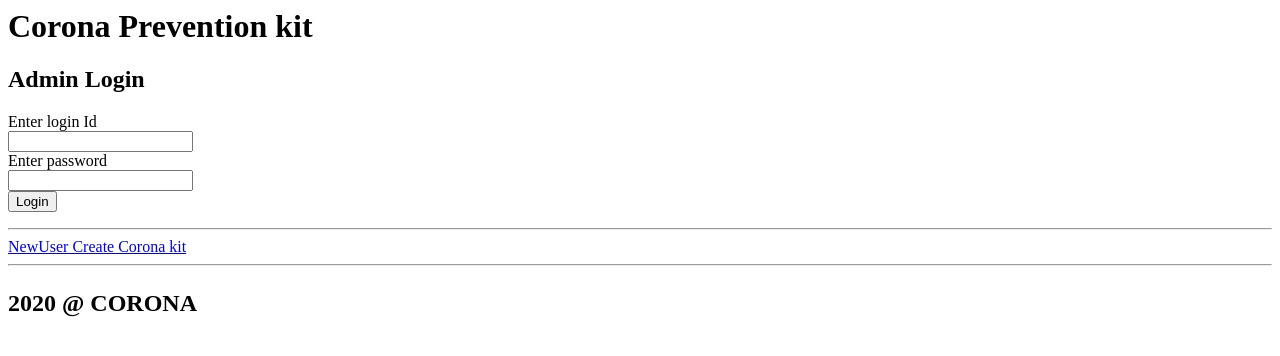
Repository: phanisree-chava/SBA-REPO
Page: http://localhost/CoronakitManagementPortal/
These files come from the project's save history. The page is drawn as it stood at one moment and after the next save; the edit follows.
The browser window is 1280 px wide. The pictures show the whole page.
The page is served by Tomcat 9. Other server files are loaded and not shown.

Above is the page before, as saved 2020-08-23 18:09:27.

### CoronakitManagementPortal/WebContent/index.jsp
<%@ taglib prefix="c" uri="http://java.sun.com/jstl/core_rt" %>

<html>
	<head>
		<title>Corona kit - Home</title>
	</head>
	<body>
	<h1>Corona Prevention kit</h1>
		<%-- <jsp:include page="header.jsp" /> --%>

		<c:if test="${msg != null}">
			<p><strong>${msg }</strong>
		</c:if>

	<h2>Admin Login</h2>
	<form action="login">
		<div>
			<div><label for="loginid">Enter login Id</label> </div>
			<div><input type="text" id="loginid" name="loginid" required> </div>
		</div>
		<div>
			<div><label for="password">Enter password</label> </div>
			<div><input type="text" id="password" name="password" required> </div>
		</div>
		<div>
			<div><input type="submit" value="Login"> </div>
		</div>
	</form>
</div>
<hr/>
<div>
	<!-- <a href="newuser"><button>New User Create Corona Kit</button></a> -->
	<a href="newuser" >NewUser Create Corona kit</a>
</div>
<hr/>
	<jsp:include page="footer.jsp"/>
</body>
</html>

### CoronakitManagementPortal/WebContent/footer.jsp



























<h2>
<footer>
  <p>2020 @ CORONA<p>

</footer>

</h2>

After the next save:
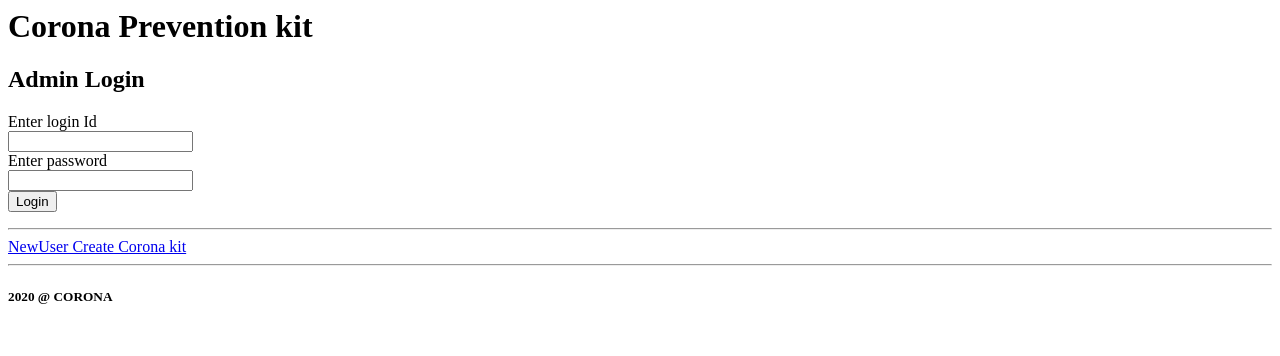
Saved 55 s later.
--- a/CoronakitManagementPortal/WebContent/footer.jsp
+++ b/CoronakitManagementPortal/WebContent/footer.jsp
@@ -9,26 +9,10 @@
 
 
 
-
-
-
-
-
-
-
-
-
-
-
-
-
-
-
-
-<h2>
+<h5>
 <footer>
   <p>2020 @ CORONA<p>
 
 </footer>
 
-</h2>
+</h5>
